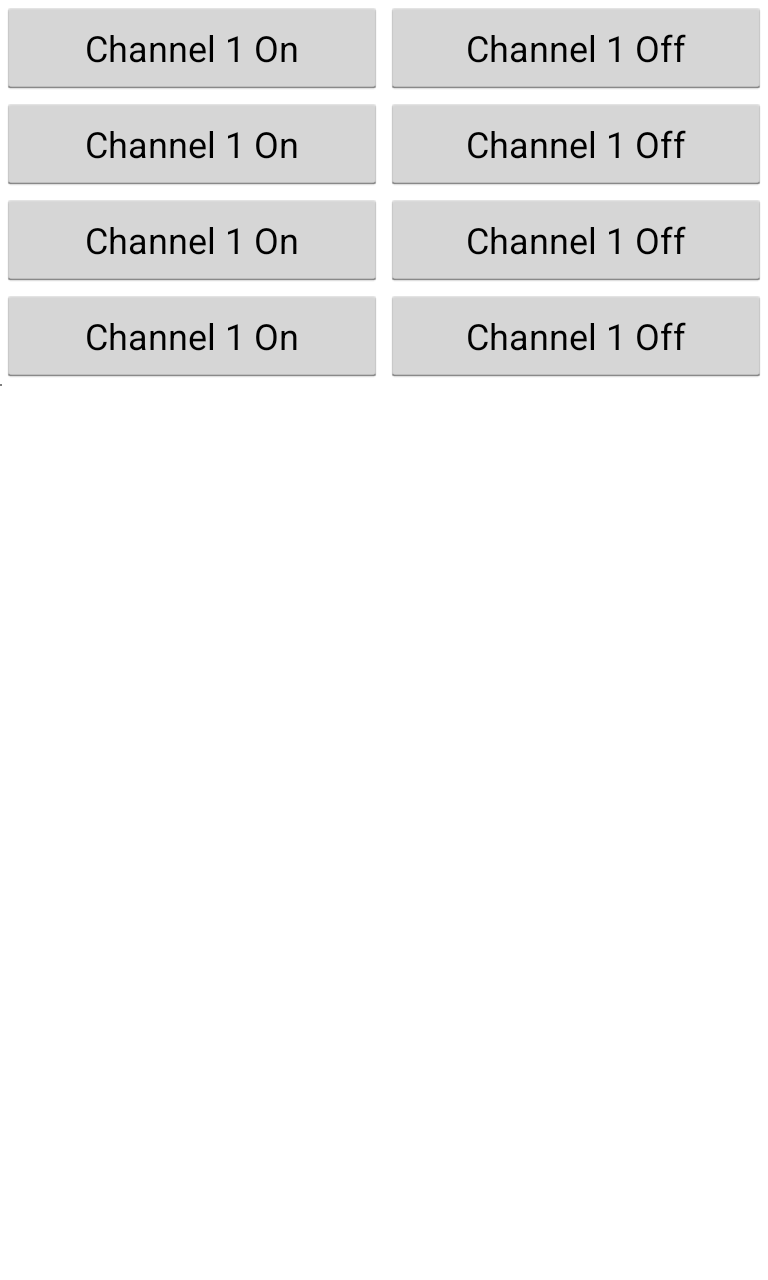
Repository: AungWinnHtut/projAndroid
Layout: GPIO/res/layout/activity_main.xml
The author's editor kept a copy of each file at every save. The layout is drawn from the files as they stood at one save, then again after the next save.
It is drawn on a 768 x 1280 px phone screen (xhdpi) without system bars, with theme AppTheme; the app's code is not run.

Above is the layout before, as saved 2015-08-22 05:11:02.

After the next save:
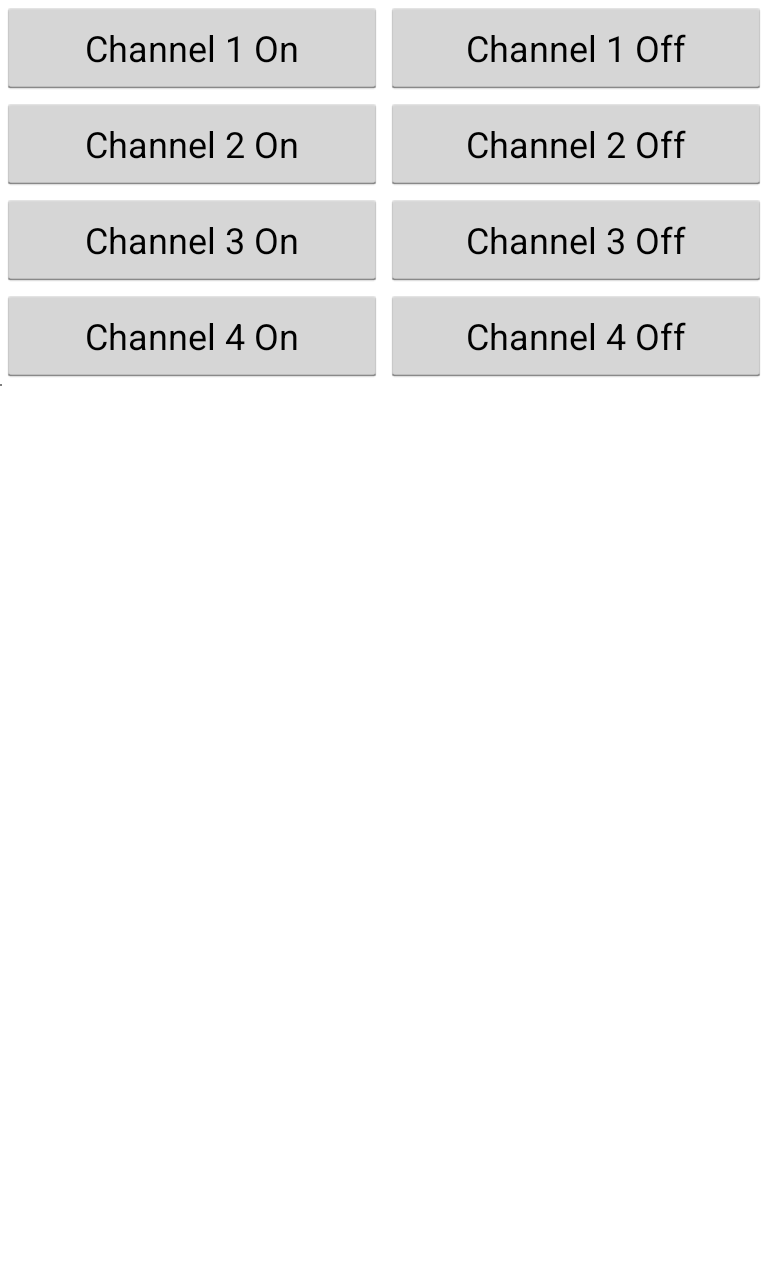
Saved 31 s later.
--- a/GPIO/res/layout/activity_main.xml
+++ b/GPIO/res/layout/activity_main.xml
@@ -36,7 +36,7 @@
             android:layout_weight="1"
             android:layout_height="wrap_content"
             android:onClick="funOn"
-            android:text="Channel 1 On" />
+            android:text="Channel 2 On" />
 
         <Button
             android:id="@+id/button2"
@@ -44,7 +44,7 @@
             android:layout_weight="1"
             android:layout_height="wrap_content"
             android:onClick="funOff"
-            android:text="Channel 1 Off" />
+            android:text="Channel 2 Off" />
     </LinearLayout>
      <LinearLayout
         android:layout_width="match_parent"
@@ -57,7 +57,7 @@
             android:layout_weight="1"
             android:layout_height="wrap_content"
             android:onClick="funOn"
-            android:text="Channel 1 On" />
+            android:text="Channel 3 On" />
 
         <Button
             android:id="@+id/button2"
@@ -65,7 +65,7 @@
             android:layout_weight="1"
             android:layout_height="wrap_content"
             android:onClick="funOff"
-            android:text="Channel 1 Off" />
+            android:text="Channel 3 Off" />
     </LinearLayout>
      <LinearLayout
         android:layout_width="match_parent"
@@ -78,7 +78,7 @@
             android:layout_weight="1"
             android:layout_height="wrap_content"
             android:onClick="funOn"
-            android:text="Channel 1 On" />
+            android:text="Channel 4 On" />
 
         <Button
             android:id="@+id/button2"
@@ -86,7 +86,7 @@
             android:layout_weight="1"
             android:layout_height="wrap_content"
             android:onClick="funOff"
-            android:text="Channel 1 Off" />
+            android:text="Channel 4 Off" />
     </LinearLayout>
     <WebView
         android:id="@+id/web1"
